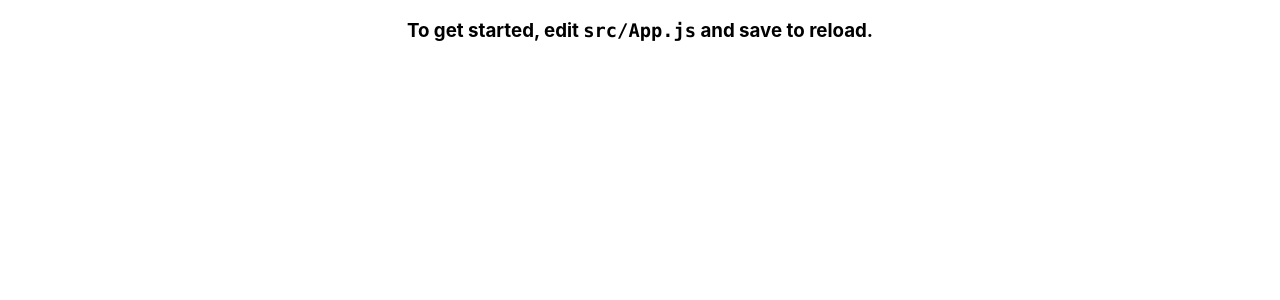
Repository: RohitMalik2/Rohit_react
Page: /
These files come from the project's save history. The page is drawn as it stood at one moment and after the next save; the edit follows.
The browser window is 1280 px wide. The pictures show the whole page.
The project was rebuilt for these pictures with package versions that can differ from the ones it lists, and the page was loaded fresh each time.

Above is the page before, as saved 2019-10-08 20:20:33.

### src/App.js
import React, { Component } from 'react';
import './App.css';

class App extends Component {
  render() {
    return (
      <div className="App">
        <h3>
          To get started, edit <code>src/App.js</code> and save to reload.
        </h3>
      </div>
    );
  }
}

export default App;

Loaded but not shown: public/index.html (common file); src/index.js (common file); src/index.css (common file); src/serviceWorker.js (common file); src/App.css (common file)

After the next save:
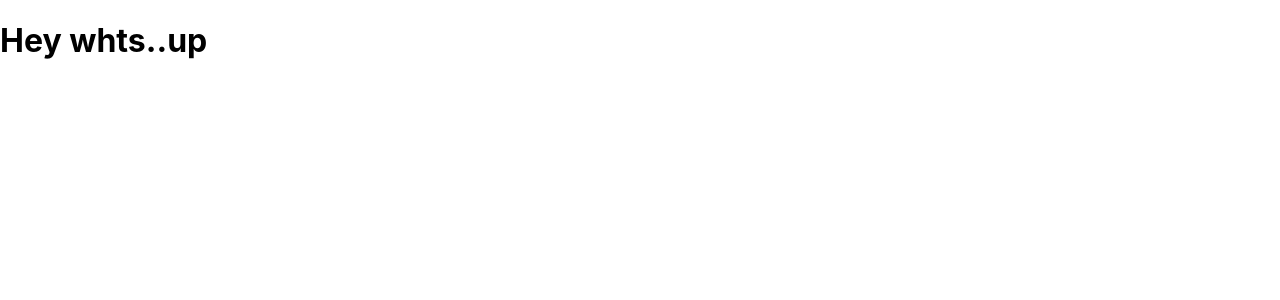
Saved 26 h 30 min later.
--- a/src/App.js
+++ b/src/App.js
@@ -3,13 +3,14 @@ import './App.css';
 
 class App extends Component {
   render() {
-    return (
+   /*  return (
       <div className="App">
         <h3>
           To get started, edit <code>src/App.js</code> and save to reload.
         </h3>
       </div>
-    );
+    ); */
+    return React.createElement('div', null, React.createElement('h1', null, "Hey whts..up"));
   }
 }
 
